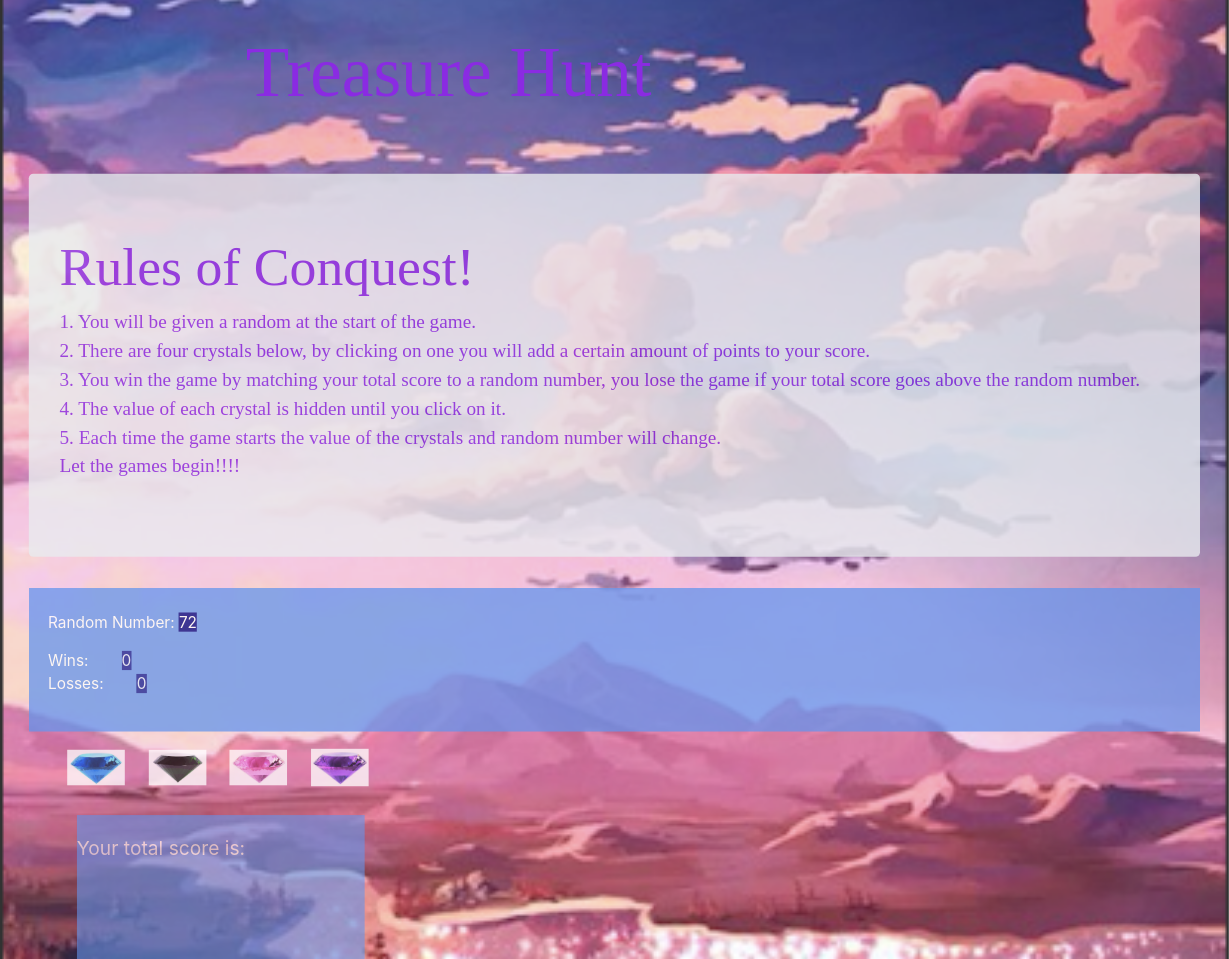
Repository: Jwill1258/unit-4-game
Page: index.html
These files come from the project's save history. The page is drawn as it stood at one moment and after the next save; the edit follows.
The browser window is 1280 px wide. The pictures show the whole page, at 96% of full size.
Some web fonts or font styles are not loaded; a fallback is used.

Above is the page before, as saved 2019-11-08 00:29:27.

After the next save:
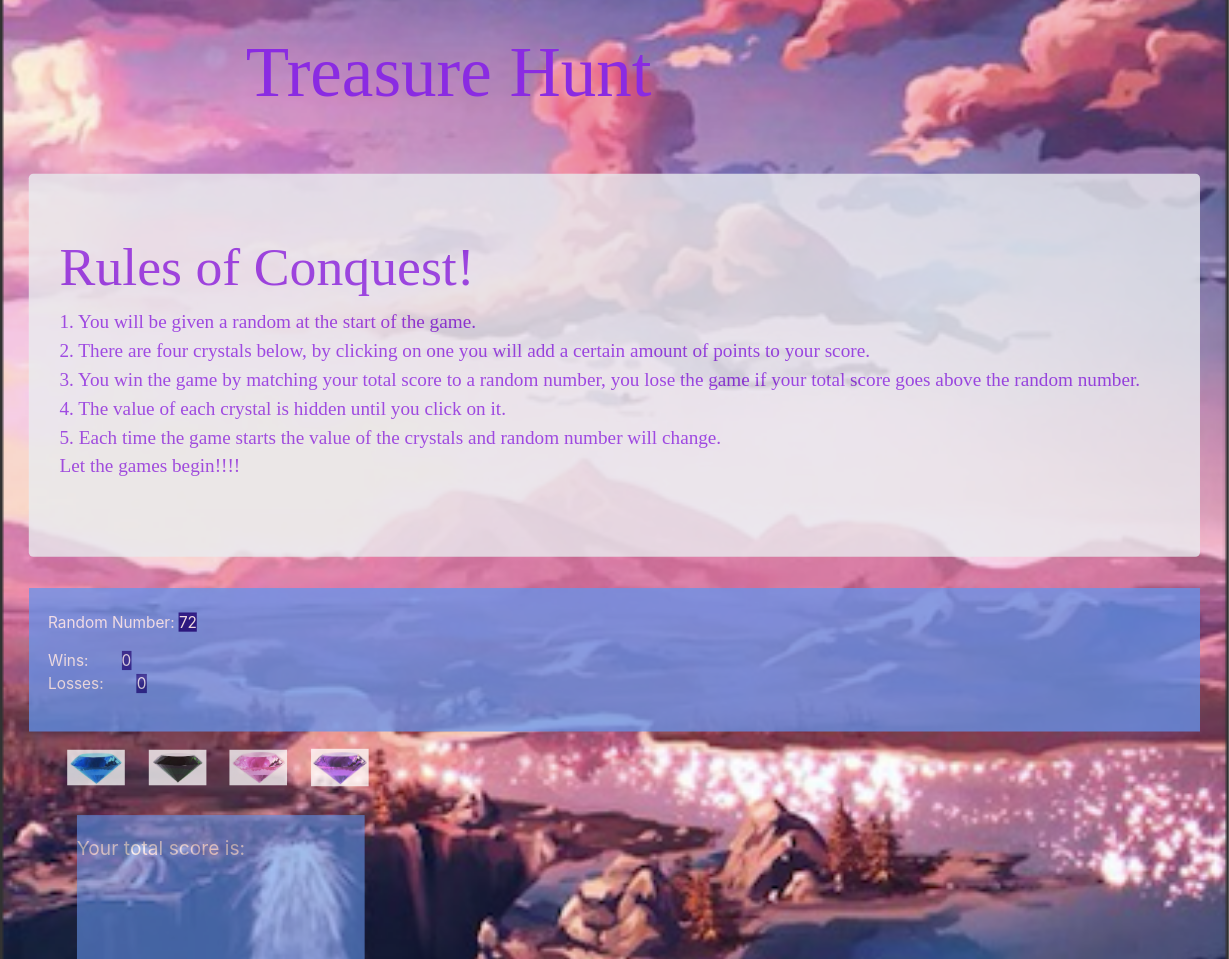
Saved 20 s later.
--- a/assets/css/style.css
+++ b/assets/css/style.css
@@ -28,6 +28,7 @@
     background-image: url( '../images/waterfall-background.jpeg' );
 	background-image: height 4000px;
 	background-size: 100%;
+	height: 380px;
 	background-position: center;
 	background-repeat: no-repeat;
 

After the save that followed:
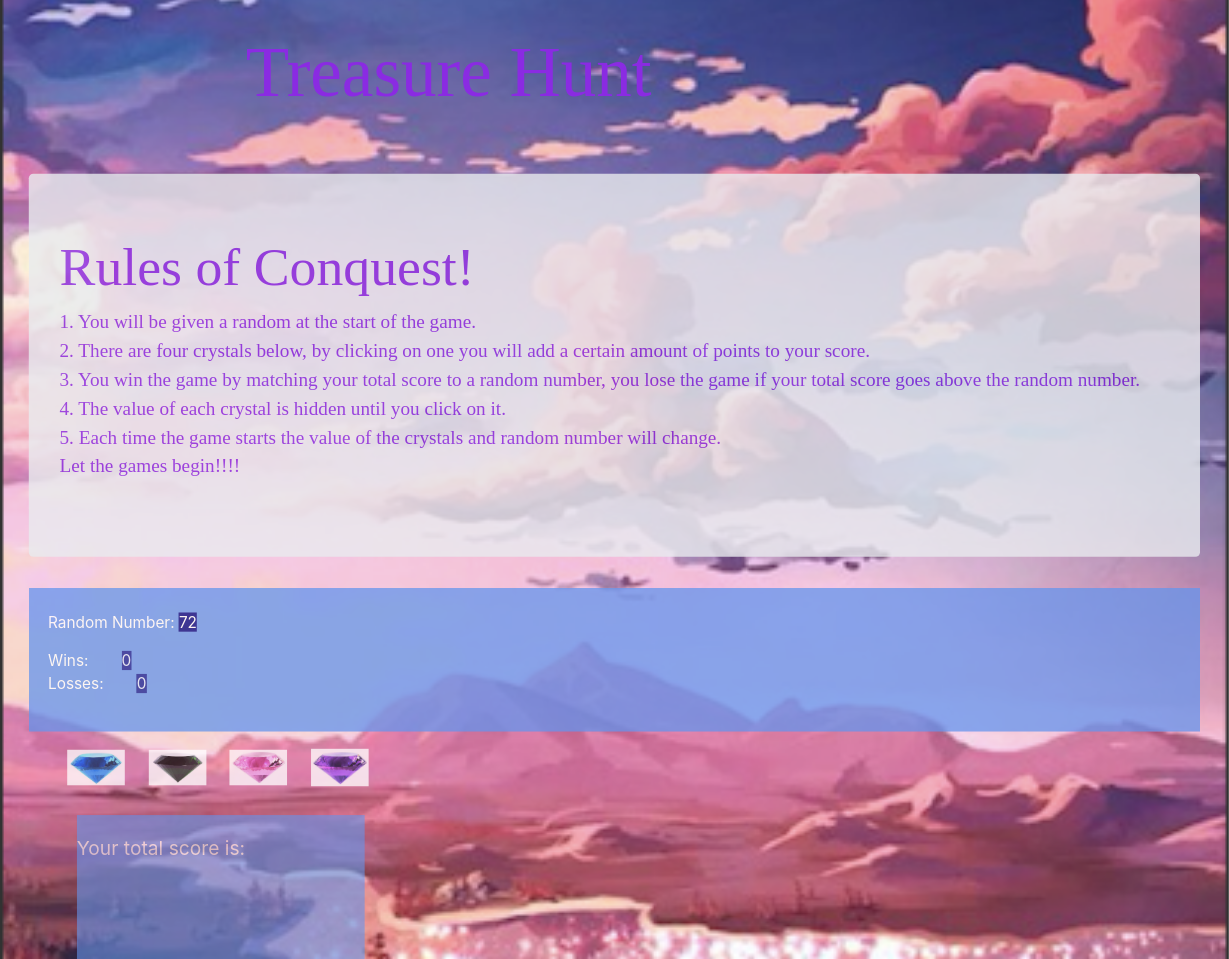
Saved 24 s later.
--- a/assets/css/style.css
+++ b/assets/css/style.css
@@ -28,7 +28,7 @@
     background-image: url( '../images/waterfall-background.jpeg' );
 	background-image: height 4000px;
 	background-size: 100%;
-	height: 380px;
+	height: 100%;
 	background-position: center;
 	background-repeat: no-repeat;
 
